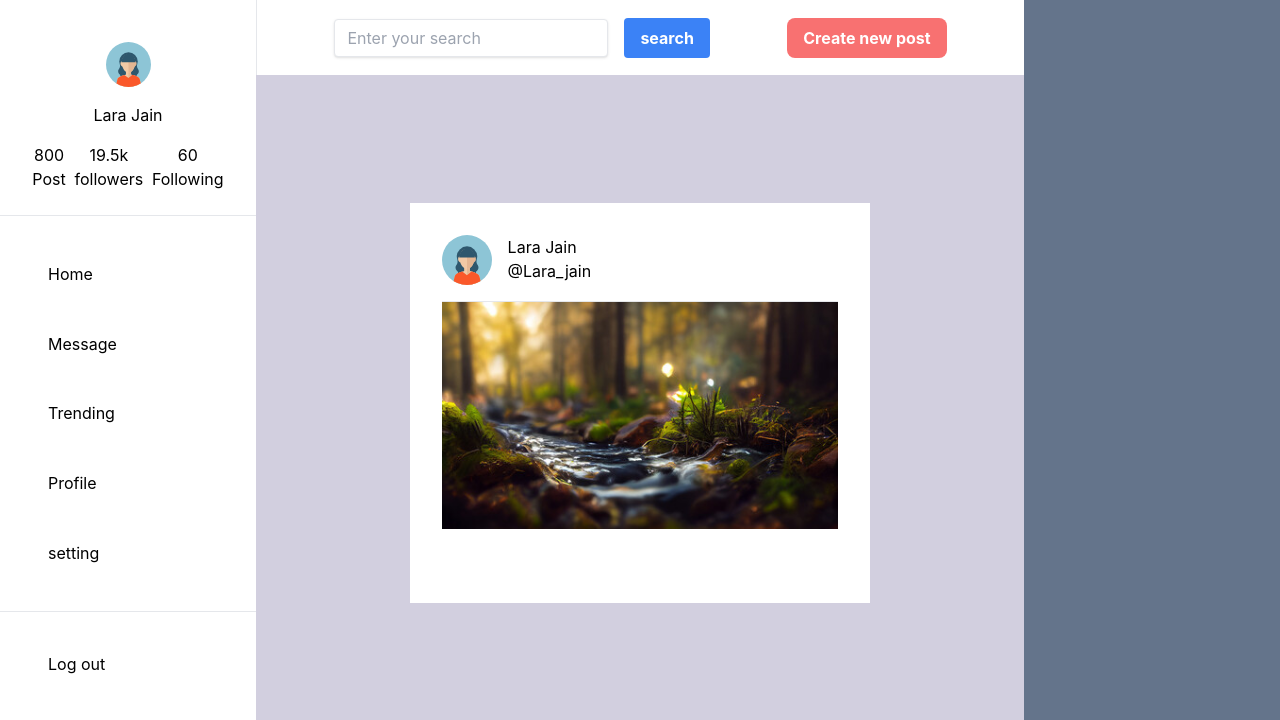
Repository: cosmicswati/upgrad-captions-project
Page: /
These files come from the project's save history. The page is drawn as it stood at one moment and after the next save; the edit follows.
The browser window is 1280 px wide. The pictures show the whole page.
The project was rebuilt for these pictures with package versions that can differ from the ones it lists, and the page was loaded fresh each time. Also part of the build but not shown: src/modules/Authorization/Form.jsx, src/modules/Authorization/index.js.

Above is the page before, as saved 2024-04-09 15:31:19.

After the next save:
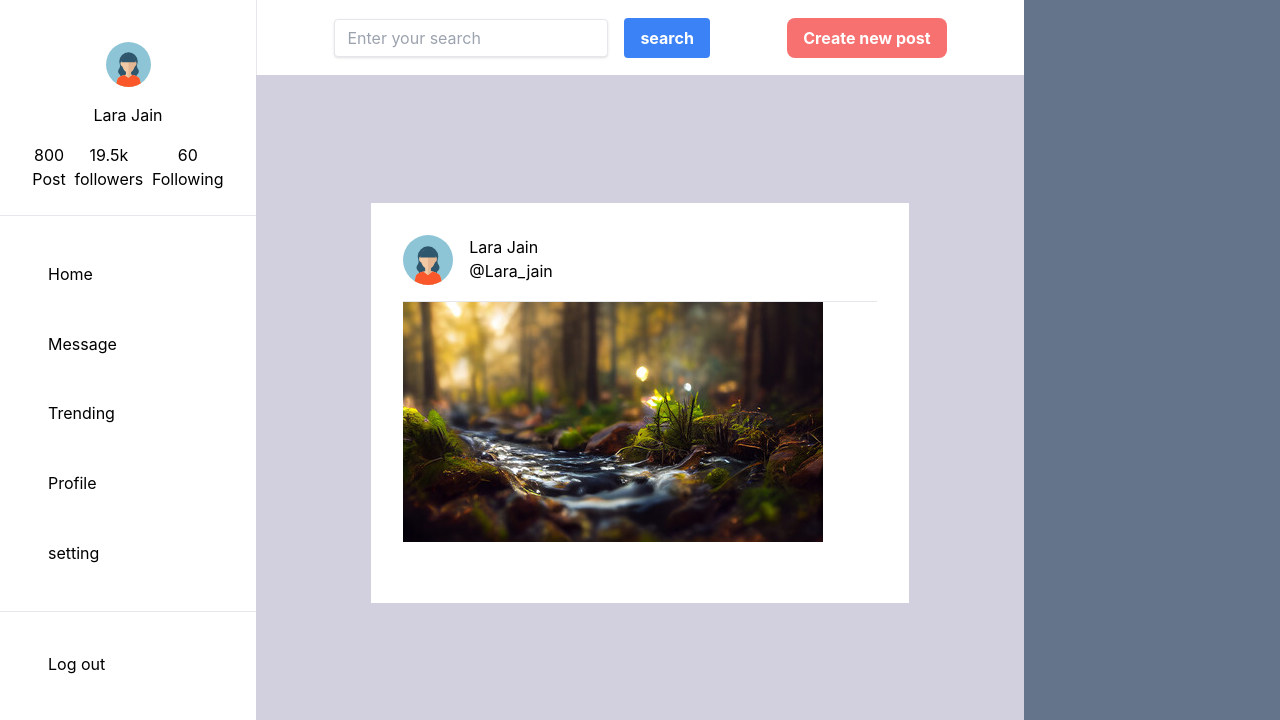
Saved 29 s later.
--- a/src/modules/Home/index.js
+++ b/src/modules/Home/index.js
@@ -47,7 +47,7 @@ const Home = () => {
                  </div>
                  <Button label='Create new post'  className='rounded-lg bg-red-400 hover:bg-red-500 mb-4'/>
             </div>
-            <div className='bg-white w-[60%] h-[400px] mx-auto mt-32 p-8'>
+            <div className='bg-white w-[70%] h-[400px] mx-auto mt-32 p-8'>
                 <div className='border-b flex item-center pb-4'>
                     <Avatar width={'50px'} height={'50px'} />
                    <div className='ml-4'>
